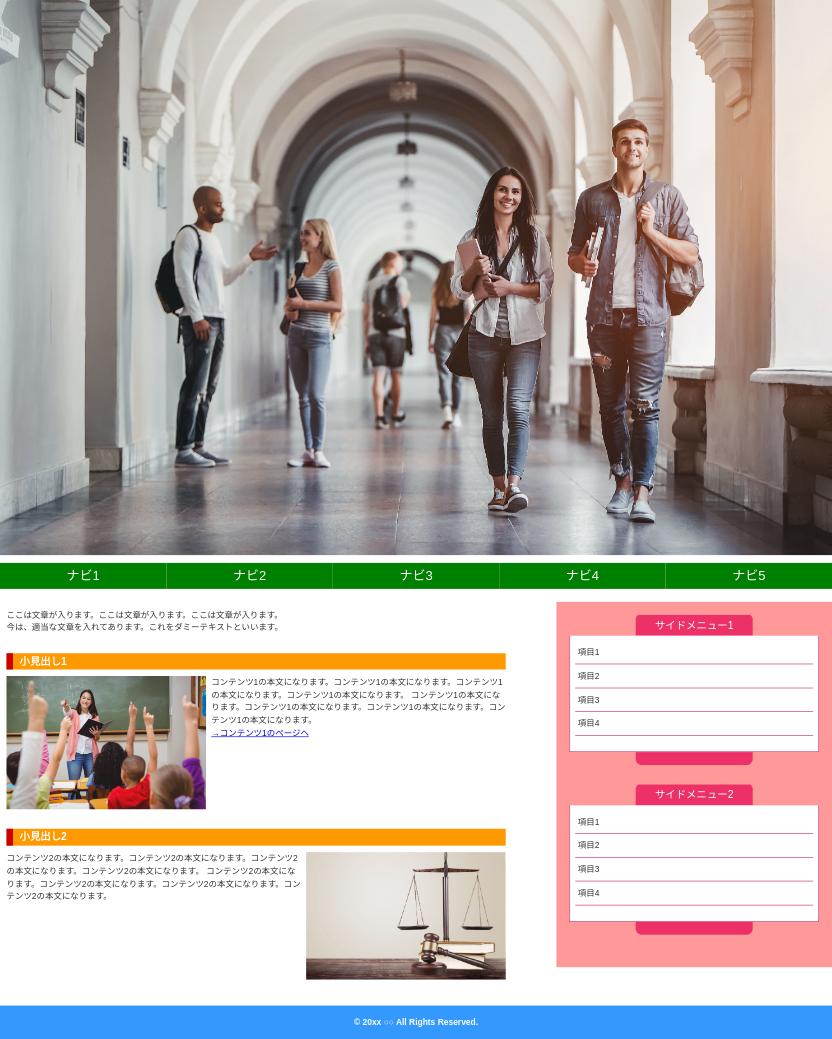
Repository: Yuuki-JP/samurai_HTML-CSS
Page: home.html
The author's editor kept a record of every edit. The page is drawn from the files as they stood at one moment, then again after the next edit.
The browser window is 1280 px wide. The pictures show the whole page, at 65% of full size.

Above is the page before.

After the next edit:
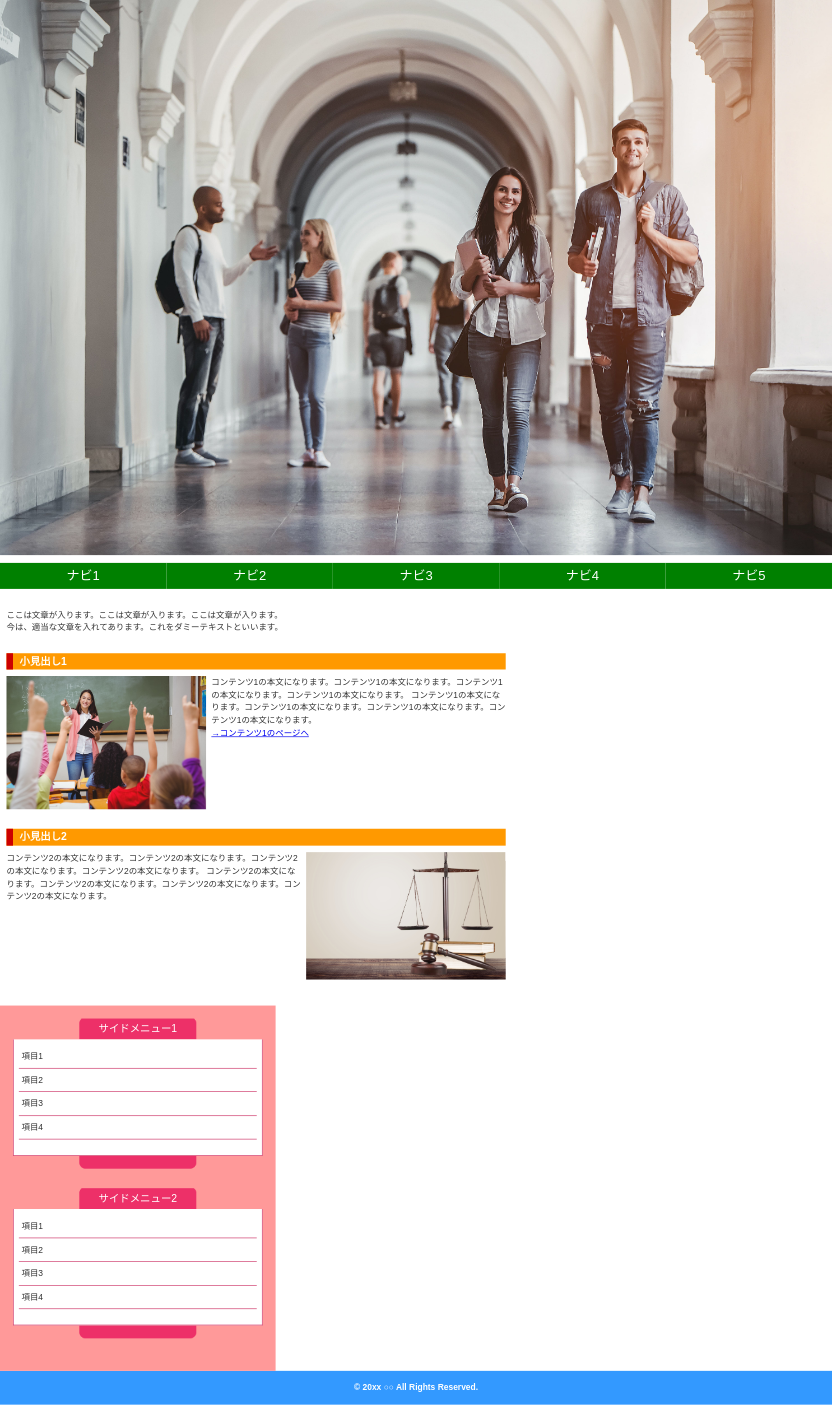
The edit:
--- a/stylesheet.css
+++ b/stylesheet.css
@@ -82,6 +82,8 @@
  	padding: auto;
  	padding-top: 20px;
  	clear: both;
+ 	display: grid;
+ 	grid-temprate-columns: 70vw 30vw;
  }
 
  /* -------------------- main -------------------- */
